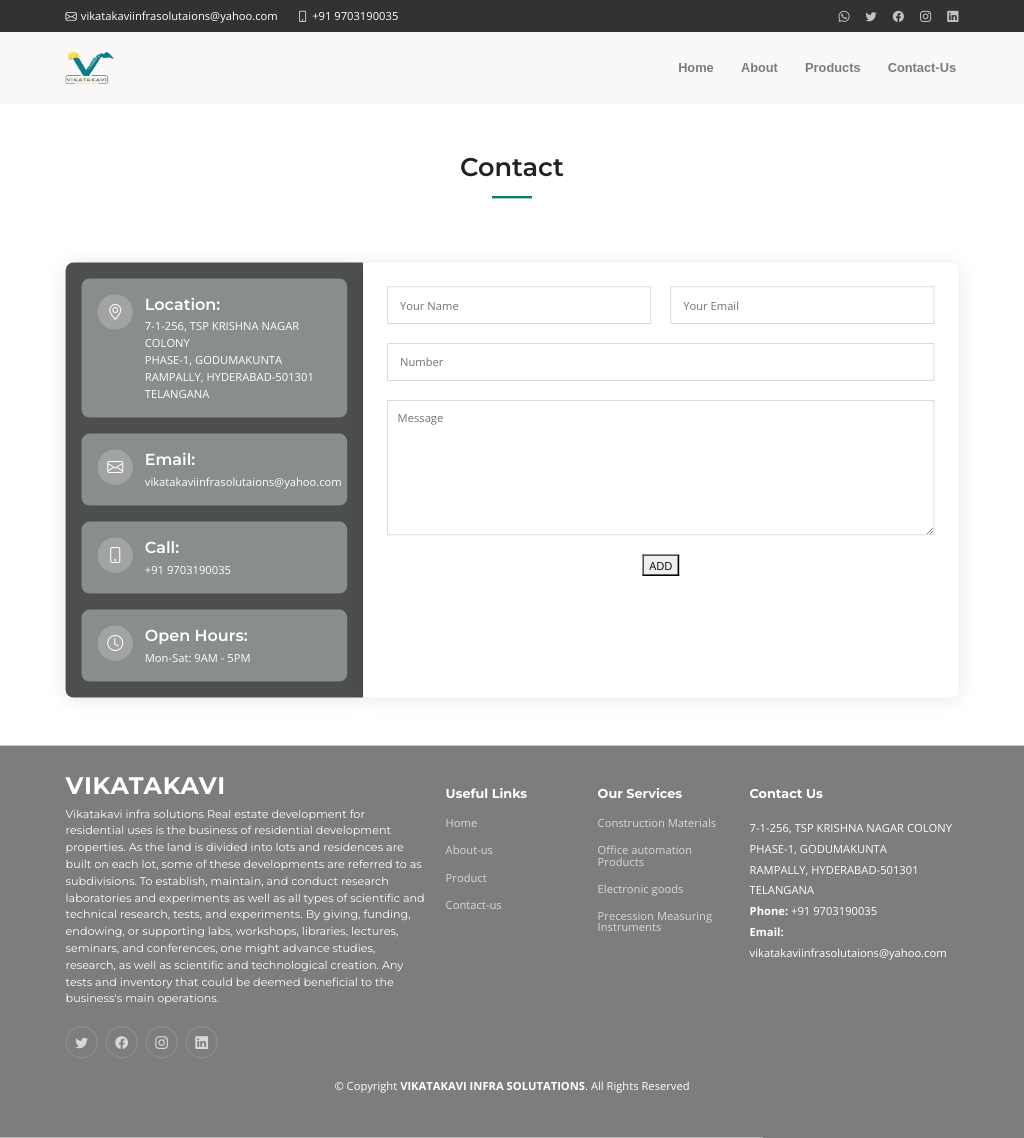
Repository: subhasissahoo181/vikatakavi
Page: Vikatikavi/src/main/webapp/contact.html
An editor plug-in stored every save of this project. The page is shown before and after the next save, followed by the edit.
The browser window is 1280 px wide. The pictures show the whole page, at 80% of full size.
Some web fonts or font styles are not loaded; a fallback is used.

Above is the page before, as saved 2023-03-26 14:17:46.

### Vikatikavi/src/main/webapp/contact.html
<!DOCTYPE html>
<html lang="en">

<head>
  <meta charset="utf-8">
  <meta content="width=device-width, initial-scale=1.0" name="viewport">

  <title>VIKATAKAVI INFRA SOLUTATIONS .IPL</title>

  <meta content="" name="description">
  <meta content="" name="keywords">

  <!-- Favicons -->
  <link href="assets/img/logo.jpg" rel="icon">
  <link href="assets/img/logo.jpg" rel="apple-touch-icon">

  <!-- Google Fonts -->
  <link rel="preconnect" href="https://fonts.googleapis.com">
  <link rel="preconnect" href="https://fonts.gstatic.com" crossorigin>
  <link href="https://fonts.googleapis.com/css2?family=Open+Sans:ital,wght@0,300;0,400;0,500;0,600;0,700;1,300;1,400;1,600;1,700&family=Montserrat:ital,wght@0,300;0,400;0,500;0,600;0,700;1,300;1,400;1,500;1,600;1,700&family=Raleway:ital,wght@0,300;0,400;0,500;0,600;0,700;1,300;1,400;1,500;1,600;1,700&display=swap" rel="stylesheet">

  <!-- Vendor CSS Files -->
  <link href="assets/vendor/bootstrap/css/bootstrap.min.css" rel="stylesheet">
  <link href="assets/vendor/bootstrap-icons/bootstrap-icons.css" rel="stylesheet">
  <link href="assets/vendor/aos/aos.css" rel="stylesheet">
  <link href="assets/vendor/glightbox/css/glightbox.min.css" rel="stylesheet">
  <link href="assets/vendor/swiper/swiper-bundle.min.css" rel="stylesheet">

  <!-- Template Main CSS File -->
  <link href="assets/css/main.css" rel="stylesheet">

</head>

<body>

  <!-- ======= Header ======= -->
  <section id="topbar" class="topbar d-flex align-items-center">
    <div class="container d-flex justify-content-center justify-content-md-between">
      <div class="contact-info d-flex align-items-center">
        <i class="bi bi-envelope d-flex align-items-center">

          <a href="mailto:contact@example.com">vikatakaviinfrasolutaions@yahoo.com</a></i>
        <i class="bi bi-phone d-flex align-items-center ms-4"><span>+91 9703190035</span></i>
      </div>
      <div class="social-links d-none d-md-flex align-items-center">
        <a href="https://wa.me/9703190035" class="whatsapp"><i class="bi bi-whatsapp"></i></a>
        <a href="#" class="twitter"><i class="bi bi-twitter"></i></a>
        <a href="#" class="facebook"><i class="bi bi-facebook"></i></a>
        <a href="#" class="instagram"><i class="bi bi-instagram"></i></a>
        <a href="#" class="linkedin"><i class="bi bi-linkedin"></i></i></a>
      </div>
    </div>
  </section><!-- End Top Bar -->

  <header id="header" class="header d-flex align-items-center">

    <div class="container-fluid container-xl d-flex align-items-center justify-content-between">
      <a href="index.html" class="logo d-flex align-items-center">
        <!-- Uncomment the line below if you also wish to use an image logo -->
        <!-- <img src="assets/img/logo.png" alt=""> -->
        <img src="assets/img/vikatkavi png.png" style="width:60px">
        <!-- <h1>vikatakavi<span>.</span></h1> -->
      </a>
      <nav id="navbar" class="navbar" >
        <ul>
          <li><a href="index.html" id="navcol">Home</a></li>
          <li><a href="about.html" id="navcol">About</a></li>
          <li><a href="Product.html" id="navcol">Products</a></li>
          <li><a href="contact.html" id="navcol">Contact-Us</a></li>
        </ul>
      </nav><!-- .navbar -->

      <i class="mobile-nav-toggle mobile-nav-show bi bi-list"></i>
      <i class="mobile-nav-toggle mobile-nav-hide d-none bi bi-x"></i>

    </div>
  </header><!-- End Header -->
  <!-- End Header -->

    <!-- ======= Contact Section ======= -->
    <section id="contact" class="contact">
        <div class="container" data-aos="fade-up">

          <div class="section-header">
            <h2>Contact</h2>
            <!-- <p>Nulla dolorum nulla nesciunt rerum facere sed ut inventore quam porro nihil id ratione ea sunt quis dolorem dolore earum</p> -->
          </div>

          <div class="row gx-lg-0 gy-4">

            <div class="col-lg-4">

              <div class="info-container d-flex flex-column align-items-center justify-content-center">
                <div class="info-item d-flex">
                  <i class="bi bi-geo-alt flex-shrink-0"></i>
                  <div>
                    <h4>Location:</h4>
                    <p>7-1-256, TSP KRISHNA NAGAR COLONY <br>
                        PHASE-1, GODUMAKUNTA<br>
                        RAMPALLY, HYDERABAD-501301<br>
                        TELANGANA<br></p>
                  </div>
                </div><!-- End Info Item -->

                <div class="info-item d-flex">
                  <i class="bi bi-envelope flex-shrink-0"></i>
                  <div>
                    <h4>Email:</h4>
                    <p>vikatakaviinfrasolutaions@yahoo.com</p>
                  </div>
                </div><!-- End Info Item -->

                <div class="info-item d-flex">
                  <i class="bi bi-phone flex-shrink-0"></i>
                  <div>
                    <h4>Call:</h4>
                    <p>+91 9703190035</p>
                  </div>
                </div><!-- End Info Item -->

                <div class="info-item d-flex">
                  <i class="bi bi-clock flex-shrink-0"></i>
                  <div>
                    <h4>Open Hours:</h4>
                    <p>Mon-Sat: 9AM - 5PM</p>
                  </div>
                </div><!-- End Info Item -->
              </div>

            </div>

            <div class="col-lg-8">
              <form action="contactus" method="post" role="form" class="php-email-form">
                <div class="row">
                  <div class="col-md-6 form-group">
                    <input type="text" name="name" class="form-control" id="name" placeholder="Your Name" required>
                  </div>
                  <div class="col-md-6 form-group mt-3 mt-md-0">
                    <input type="email" class="form-control" name="email" id="email" placeholder="Your Email" required>
                  </div>
                </div>
                <div class="form-group mt-3">
                  <input type="text" class="form-control" name="number" id="number" placeholder="Number" required>
                </div>
                <div class="form-group mt-3">
                  <textarea class="form-control" name="message" rows="7" placeholder="Message" required></textarea>
                </div>
                <div class="my-3">
                  <div class="loading">Loading</div>
                  <div class="error-message"></div>
                  <div class="sent-message">Your message has been sent. Thank you!</div>
                </div>
                <div class="text-center">
                <input type="submit" value="ADD">
                <!-- <button type="submit" value="ADD">Submit</button> -->
                </div>
              </form>
            </div><!-- End Contact Form -->

          </div>

        </div>
      </section><!-- End Contact Section -->


      <!-- ======= Footer ======= -->
  <footer id="footer" class="footer">

    <div class="container">
      <div class="row gy-4">
        <div class="col-lg-5 col-md-12 footer-info">
          <a href="index.html" class="logo d-flex align-items-center">
            <span>VIKATAKAVI</span>
          </a>
          <p>Vikatakavi infra solutions Real estate development for residential uses is the business of residential development properties. As the land is divided into lots and residences are built on each lot, some of these developments are referred to as subdivisions. To establish, maintain, and conduct research laboratories and experiments as well as all types of scientific and technical research, tests, and experiments. By giving, funding, endowing, or supporting labs, workshops, libraries, lectures, seminars, and conferences, one might advance studies, research, as well as scientific and technological creation. Any tests and inventory that could be deemed beneficial to the business's main operations.</p>
          <div class="social-links d-flex mt-4">
            <a href="#" class="twitter"><i class="bi bi-twitter"></i></a>
            <a href="#" class="facebook"><i class="bi bi-facebook"></i></a>
            <a href="#" class="instagram"><i class="bi bi-instagram"></i></a>
            <a href="#" class="linkedin"><i class="bi bi-linkedin"></i></a>
          </div>
        </div>

        <div class="col-lg-2 col-6 footer-links">
          <h4>Useful Links</h4>
          <ul>
            <li><a href="index.html">Home</a></li>
            <li><a href="about.html">About-us</a></li>
            <li><a href="Product.html">Product</a></li>
            <li><a href="contact.html">Contact-us</a></li>
            <!-- <li><a href="#">Terms of service</a></li>
            <li><a href="#">Privacy policy</a></li> -->
          </ul>
        </div>

        <div class="col-lg-2 col-6 footer-links">
          <h4>Our Services</h4>
          <ul>
            <li><a href="#">Construction Materials</a></li>
            <li><a href="#">Office automation Products</a></li>
            <li><a href="#">Electronic goods</a></li>
            <li><a href="#">Precession Measuring Instruments</a></li>
            <!-- <li><a href="#">Graphic Design</a></li> -->
          </ul>
        </div>

        <div class="col-lg-3 col-md-12 footer-contact text-center text-md-start">
          <h4>Contact Us</h4>
          <p>
            7-1-256, TSP KRISHNA NAGAR COLONY <br>
            PHASE-1, GODUMAKUNTA<br>
            RAMPALLY, HYDERABAD-501301<br>
            TELANGANA<br>
            <strong>Phone:</strong> +91 9703190035<br>
            <strong>Email:</strong> vikatakaviinfrasolutaions@yahoo.com<br>
          </p>

        </div>

      </div>
    </div>

    <div class="container mt-4">
      <div class="copyright">
        &copy; Copyright <strong><span>VIKATAKAVI INFRA SOLUTATIONS</span></strong>. All Rights Reserved
      </div>
      <div class="credits">

      </div>
    </div>

  </footer><!-- End Footer -->

  <a href=" https://wa.me/9703190035" class="scroll-top d-flex align-items-center justify-content-center " style="background-color:green"><i class="bi bi-whatsapp"></i></a>
  <a href="#" class="scroll-top d-flex align-items-center justify-content-center"><i class="bi bi-arrow-up-short"></i></a>
<!-- <div style="width: 100px; height: 60px; position: fixed; right: 10px; bottom: 2px; font-size: 35px;"><a href=" https://wa.me/919437634632"><i style="color: #1ad03f;" class="fa-brands fa-square-whatsapp"></i></a></div> -->
  <div id="preloader"></div>

  <!-- Vendor JS Files -->
  <script src="assets/vendor/bootstrap/js/bootstrap.bundle.min.js"></script>
  <script src="assets/vendor/aos/aos.js"></script>
  <script src="assets/vendor/glightbox/js/glightbox.min.js"></script>
  <script src="assets/vendor/purecounter/purecounter_vanilla.js"></script>
  <script src="assets/vendor/swiper/swiper-bundle.min.js"></script>
  <script src="assets/vendor/isotope-layout/isotope.pkgd.min.js"></script>
  <script src="assets/vendor/php-email-form/validate.js"></script>

  <!-- Template Main JS File -->
  <script src="assets/js/main.js"></script>

</body>

</html>

Loaded but not shown: Vikatikavi/src/main/webapp/assets/vendor/bootstrap/css/bootstrap.min.css (library); Vikatikavi/src/main/webapp/assets/vendor/bootstrap-icons/bootstrap-icons.css (library); Vikatikavi/src/main/webapp/assets/vendor/aos/aos.css (library); Vikatikavi/src/main/webapp/assets/vendor/glightbox/css/glightbox.min.css (library); Vikatikavi/src/main/webapp/assets/vendor/swiper/swiper-bundle.min.css (library); Vikatikavi/src/main/webapp/assets/vendor/bootstrap/js/bootstrap.bundle.min.js (library); Vikatikavi/src/main/webapp/assets/vendor/aos/aos.js (library); Vikatikavi/src/main/webapp/assets/vendor/glightbox/js/glightbox.min.js (library); Vikatikavi/src/main/webapp/assets/vendor/purecounter/purecounter_vanilla.js (library); Vikatikavi/src/main/webapp/assets/vendor/swiper/swiper-bundle.min.js (library); Vikatikavi/src/main/webapp/assets/vendor/isotope-layout/isotope.pkgd.min.js (library); Vikatikavi/src/main/webapp/assets/vendor/php-email-form/validate.js (common file); Vikatikavi/src/main/webapp/assets/js/main.js (293 lines, source omitted); Vikatikavi/src/main/webapp/assets/css/main.css (2707 lines, source omitted)

After the next save:
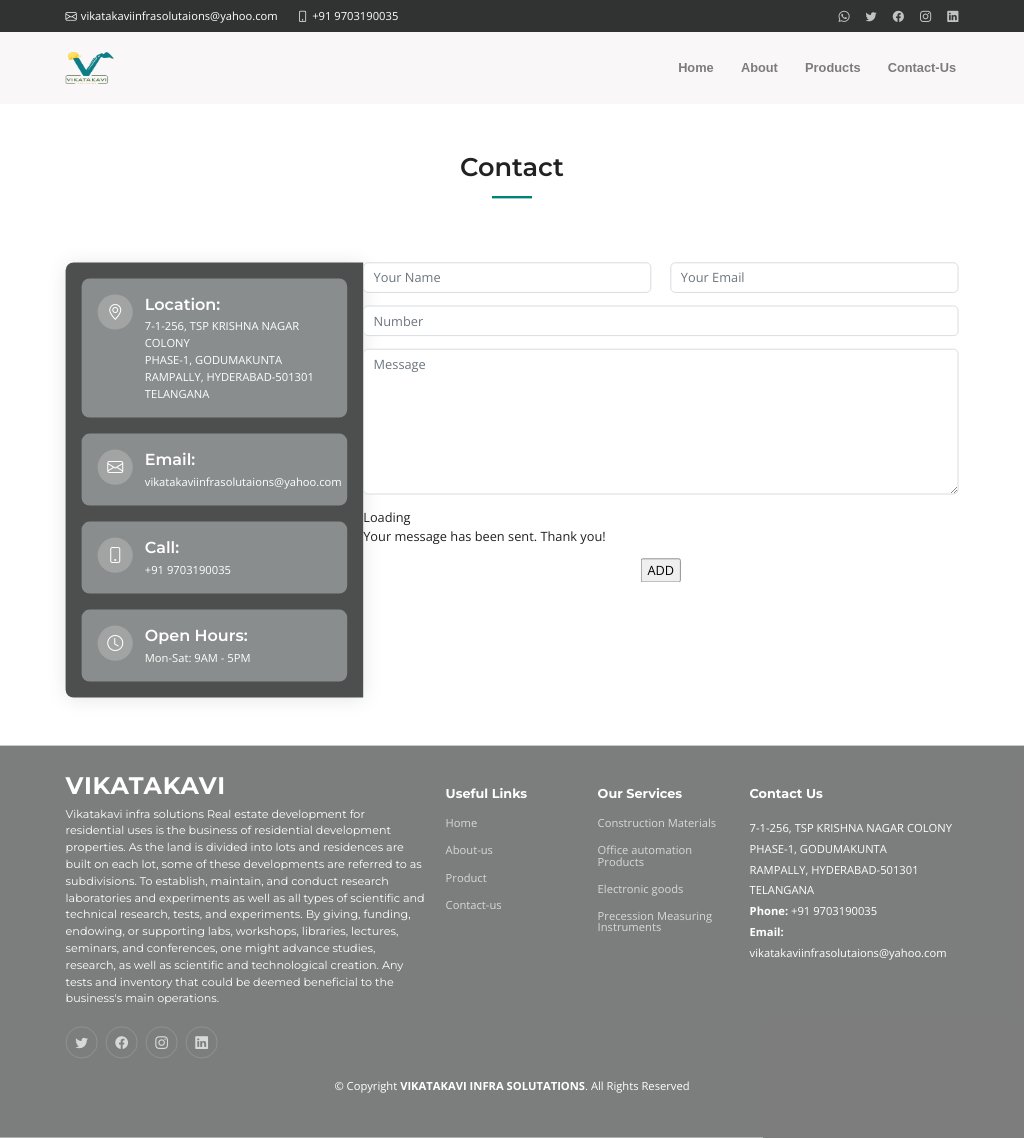
Saved 38 s later.
--- a/Vikatikavi/src/main/webapp/contact.html
+++ b/Vikatikavi/src/main/webapp/contact.html
@@ -130,7 +130,7 @@
             </div>
 
             <div class="col-lg-8">
-              <form action="contactus" method="post" role="form" class="php-email-form">
+              <form action="contactus" method="post" >
                 <div class="row">
                   <div class="col-md-6 form-group">
                     <input type="text" name="name" class="form-control" id="name" placeholder="Your Name" required>
